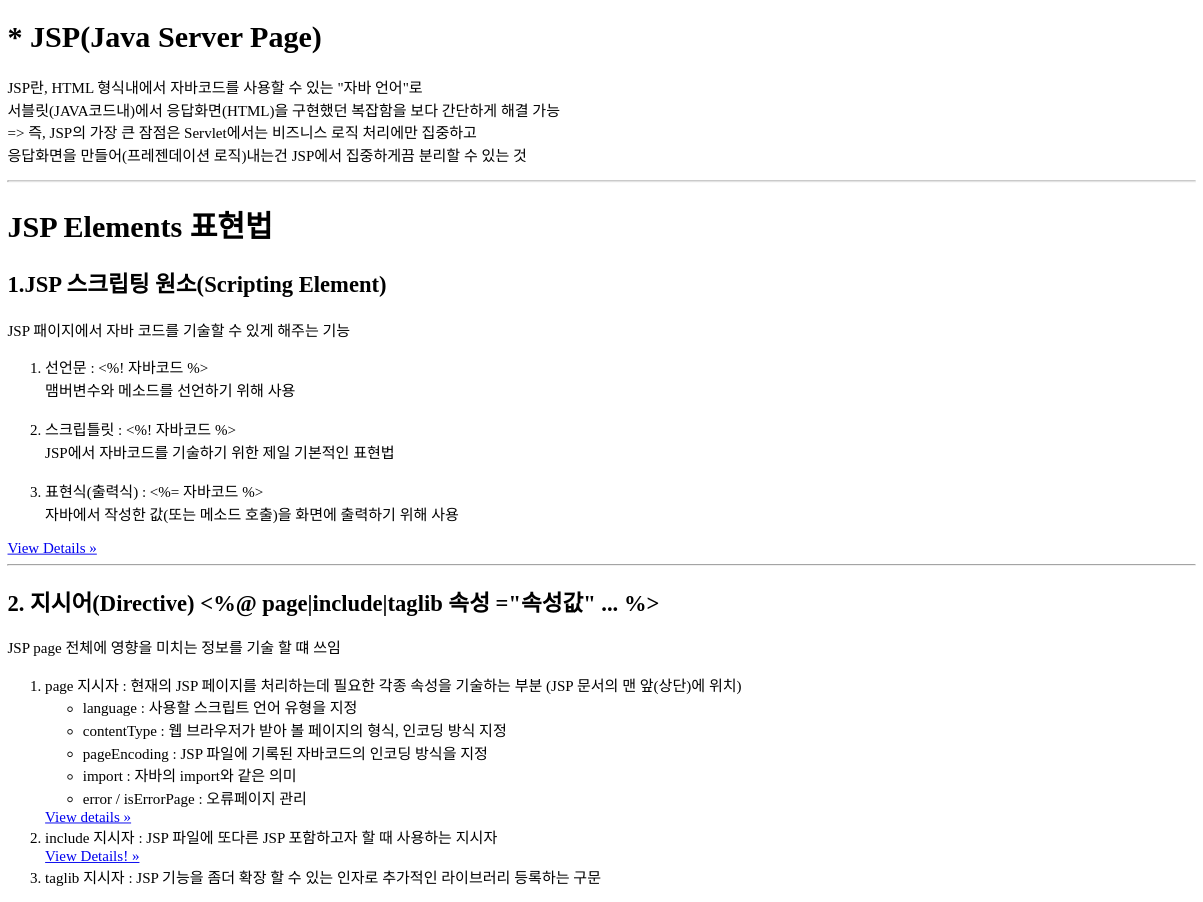
Repository: BrianH29/BH_webserver_workspace1
Page: webserver_workspace1/2_JSP/WebContent/index.html
An editor plug-in stored every save of this project. The page is shown before and after the next save, followed by the edit.
The browser window is 1280 px wide. The pictures show the whole page, at 94% of full size.

Above is the page before, as saved 2020-08-31 03:28:39.

After the next save:
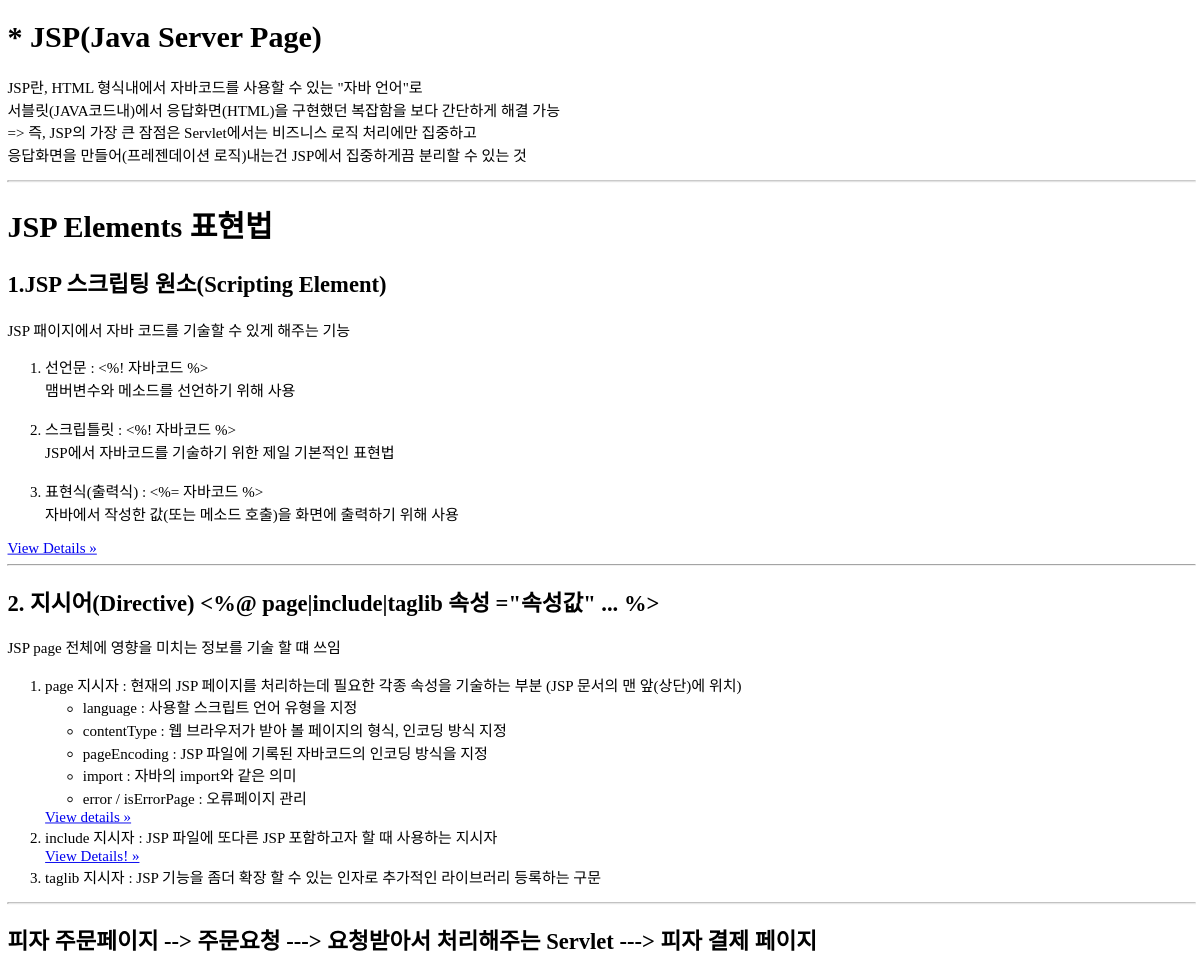
Saved 3 min 45 s later.
--- a/webserver_workspace1/2_JSP/WebContent/index.html
+++ b/webserver_workspace1/2_JSP/WebContent/index.html
@@ -67,6 +67,10 @@
 		</li>
 	</ol>
 
+	<hr>
+
+	<h2>피자 주문페이지 --> 주문요청 ---> 요청받아서 처리해주는 Servlet ---> 피자 결제 페이지</h2>
+
 
 </body>
 </html>
